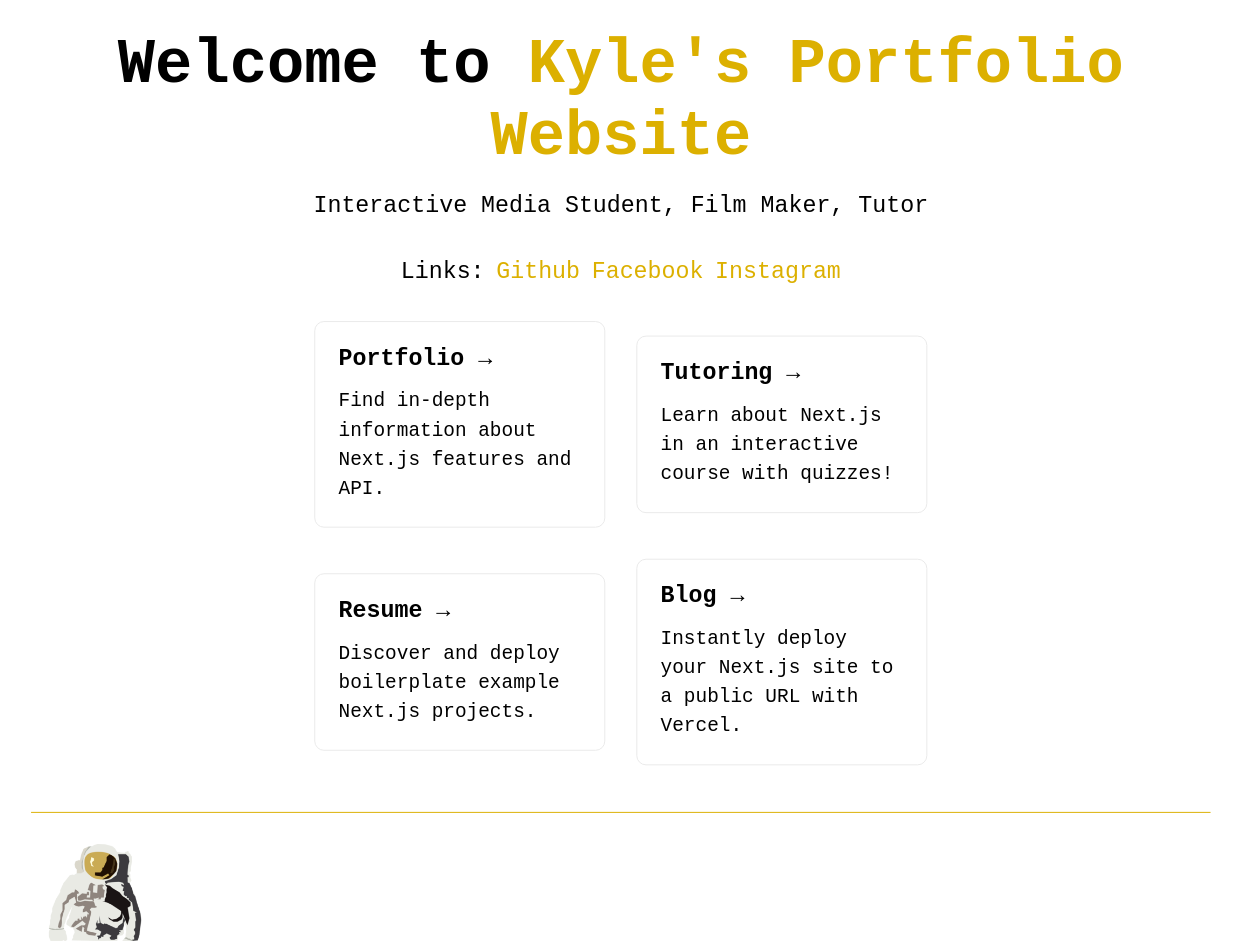
Repository: neomort/CL-portfolio-site
Page: /
These files come from the project's save history. The page is drawn as it stood at one moment and after the next save; the edit follows.
The browser window is 1280 px wide. The pictures show the whole page, at 97% of full size.
Some web fonts or font styles are not loaded; a fallback is used. The project was rebuilt for these pictures with package versions that can differ from the ones it lists, and the page was loaded fresh each time. The framework's server and built-in components were replaced by stand-ins that run in the browser. Also part of the build but not shown: next.config.js.

Above is the page before, as saved 2021-12-14 14:50:46.

After the next save:
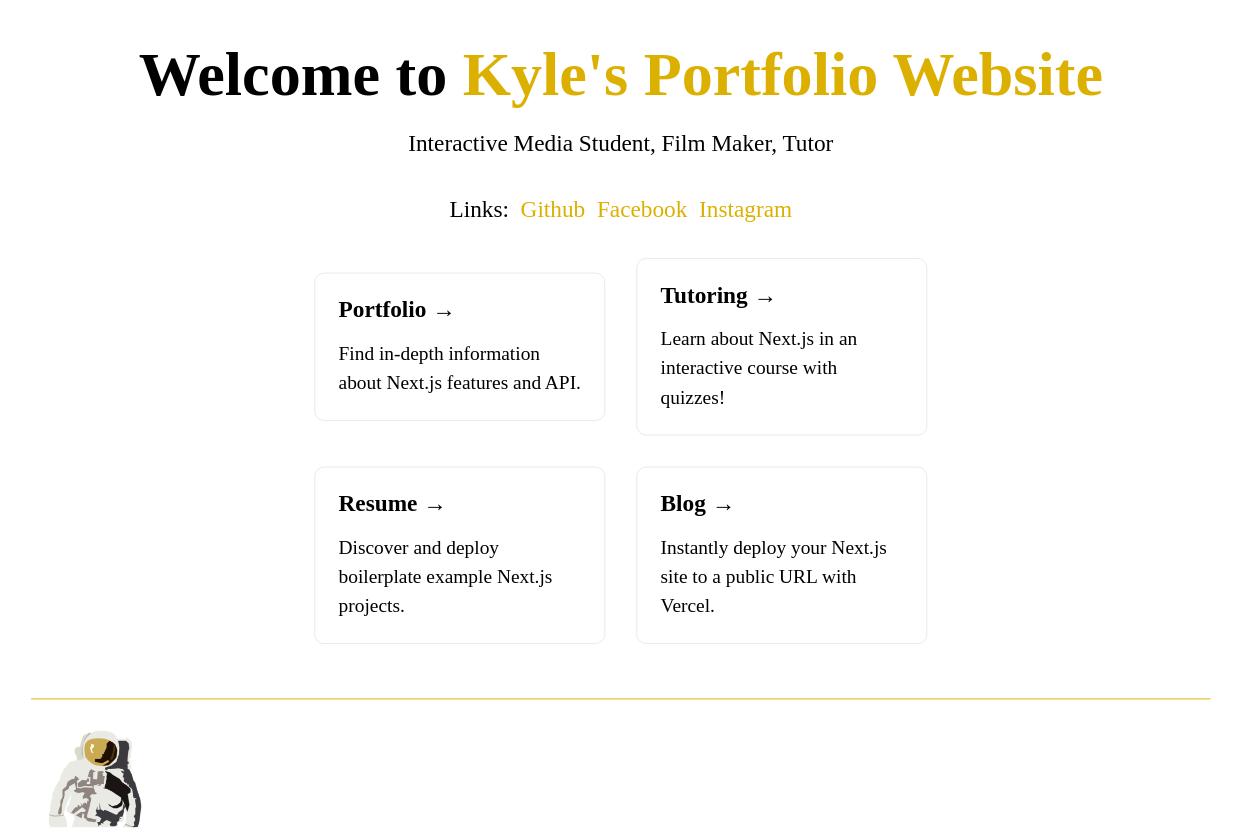
Saved 17 s later.
--- a/styles/globals.css
+++ b/styles/globals.css
@@ -2,7 +2,7 @@ html,
 body {
   padding: 0;
   margin: 0;
-  font-family: 'Courier New';
+  font-family: ;
 }
 
 a {
